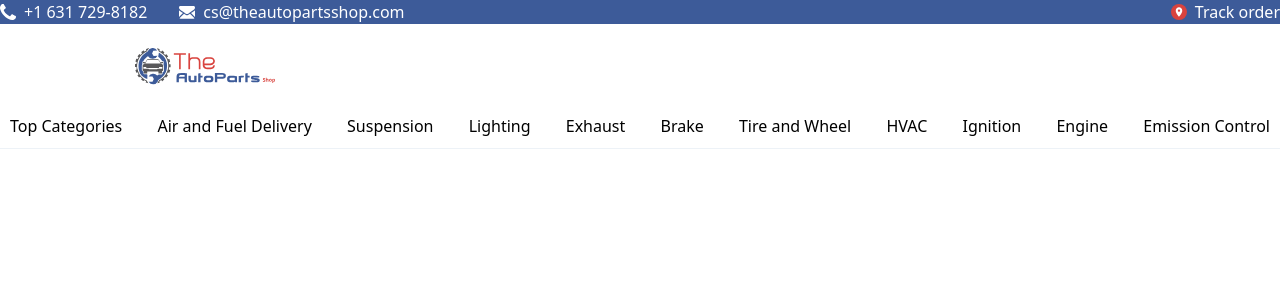
Repository: robindhimanspineor/TAPS-Next
Page: /
The author's editor kept a copy of each file at every save. The page is drawn from the files as they stood at one save, then again after the next save.
The browser window is 1280 px wide. The pictures show the whole page.
The project was rebuilt for these pictures with package versions that can differ from the ones it lists, and the page was loaded fresh each time. The framework's server and built-in components were replaced by stand-ins that run in the browser. Also part of the build but not shown: next.config.js.

Above is the page before, as saved 2021-09-16 17:00:24.

### src/pages/index.tsx
// import { useRouter } from 'next/router';

// import { Meta } from '../layout/Meta';
// import { Main } from '../templates/Main';
import Header from '../components/common/header';

const Index = () => {
  // const router = useRouter();

  return (
    // <Main
    //   meta={
    //     <Meta
    //       title="Next.js Boilerplate Presentation"
    //       description="Next js Boilerplate is the perfect starter code for your project. Build your React application with the Next.js framework."
    //     />
    //   }
    // >
    // </Main>
    <div>
      <main className="main-container block">
        <Header />
      </main>
    </div>
  );
};

export default Index;

### src/styles/main.css
@tailwind base;
a {
  @apply text-blue-700;
}

a:hover {
  @apply border-b-2 border-blue-700;
}

@tailwind components;
@tailwind utilities;
.content p {
  @apply my-6;
}

.content ul {
  @apply my-6;
}

a {
  text-decoration: none;
  color: black;
}

.main-header {
  display: flex;
  flex-direction: row;
  flex-wrap: nowrap;
  align-content: flex-start;
  align-items: center;
  height: 80px;
  max-width: 1580px;
  flex-grow: 1;
  width: 100%;
  padding: 0 125px 0 115px;
}

.logo {
  flex-basis: 260px;
  display: flex;
  align-items: center;
  justify-content: flex-start;
  padding-left: 20px;
}

.logo a {
  display: inline-block;
}

.logo a span {
  display: block;
  margin-top: 5px;
  width: 140px;
}

### src/components/common/header/index.tsx
import TopHeader from './top-header';
import MainHeader from './main-header';
import CategoriesHeader from './categories-header';

const Header = () => {
  return (
    <header className="flex flex-col items-center justify-center w-full static border-b z-50">
      <TopHeader />
      <MainHeader />
      <CategoriesHeader />
    </header>
  );
};

export default Header;

### src/components/common/header/top-header.tsx
import PhoneHandle from '../../../svg/PhoneHandleSvg.js';
import MailBoxSvg from '../../../svg/MailBoxSvg.js';
import TrackOrderSvg from '../../../svg/TrackOrderSvg.js';

import topHeaderStyles from '../../../styles/top-header.module.css';
const TopHeader = () => {
  return (
    <div className={`${topHeaderStyles.bgBlue} head-top `}>
      <div className="w-screen max-w-screen-xl flex justify-between">
        <div className="head-top-left flex text-white font-medium w-9/12">
          <div className="head-top-phone flex items-center text-white w-auto">
            <div
              className="text-white h-6 w-6 flex items-center pr-2"
              style={{ fill: '#fff' }}
            >
              <PhoneHandle />
            </div>
            <p>+1 631 729-8182</p>
          </div>
          <div className="heap-top-email flex items-center text-white w-auto ml-8">
            <div
              className="text-white h-6 w-6 flex items-center pr-2"
              style={{ fill: '#fff' }}
            >
              <MailBoxSvg />
            </div>
            <p>cs@theautopartsshop.com</p>
          </div>
        </div>
        <div className="head-top-right text-white font-medium">
          <div
            className="head-top-track-order flex items-center text-white w-auto cursor-pointer"
            onClick={() => console.log('track order')}
          >
            <div
              className="text-white h-6 w-6 flex items-center pr-2 "
              style={{ fill: '#fff' }}
            >
              <TrackOrderSvg />
            </div>
            <p>Track order</p>
          </div>
        </div>
      </div>
    </div>
  );
};
export default TopHeader;

### src/components/common/header/main-header.tsx
import Logo from './logo';

const MainHeader = () => {
  return (
    <div className="main-header">
      <Logo />
      <div className="searchbar"></div>
      <div className="cart-button"></div>
    </div>
  );
};

export default MainHeader;

### src/components/common/header/categories-header.tsx
import Link from 'next/link';
const CategoriesHeader = () => {
  return (
    <div className="header-categories w-screen max-w-screen-xl flex justify-between ">
      <Link href="/">
        <a className="m-2.5 text-black">Top Categories</a>
      </Link>
      <Link href="/air-and-fuel-delivery">
        <a className="m-2.5 text-black">Air and Fuel Delivery</a>
      </Link>
      <Link href="/suspension">
        <a className="m-2.5 text-black">Suspension</a>
      </Link>
      <Link href="/electrical-lighting-and-body">
        <a className="m-2.5 text-black">Lighting</a>
      </Link>
      <Link href="/exhaust">
        <a className="m-2.5 text-black">Exhaust</a>
      </Link>
      <Link href="/brake">
        <a className="m-2.5 text-black">Brake</a>
      </Link>
      <Link href="/tire-and-wheel">
        <a className="m-2.5 text-black">Tire and Wheel</a>
      </Link>
      <Link href="/hvac">
        <a className="m-2.5 text-black">HVAC</a>
      </Link>
      <Link href="/ignition">
        <a className="m-2.5 text-black">Ignition</a>
      </Link>
      <Link href="/engine">
        <a className="m-2.5 text-black">Engine</a>
      </Link>
      <Link href="/emission-control">
        <a className="m-2.5 text-black">Emission Control</a>
      </Link>
    </div>
  );
};

export default CategoriesHeader;

### src/svg/PhoneHandleSvg.js
import React from 'react';

const PhoneHandle = () => (
  <svg
    version="1.1"
    xmlns="http://www.w3.org/2000/svg"
    xmlnsXlink="http://www.w3.org/1999/xlink"
    x="0px"
    y="0px"
    width="401.998px"
    height="401.998px"
    viewBox="0 0 401.998 401.998"
    style={{ enableBackground: 'new 0 0 401.998 401.998' }}
    xmlSpace="preserve"
    aria-label="phone handle svg"
  >
    <g>
      <path
        d="M401.129,311.475c-1.137-3.426-8.371-8.473-21.697-15.129c-3.61-2.098-8.754-4.949-15.41-8.566
		c-6.662-3.617-12.709-6.95-18.13-9.996c-5.432-3.045-10.521-5.995-15.276-8.846c-0.76-0.571-3.139-2.234-7.136-5
		c-4.001-2.758-7.375-4.805-10.14-6.14c-2.759-1.327-5.473-1.995-8.138-1.995c-3.806,0-8.56,2.714-14.268,8.135
		c-5.708,5.428-10.944,11.324-15.7,17.706c-4.757,6.379-9.802,12.275-15.126,17.7c-5.332,5.427-9.713,8.138-13.135,8.138
		c-1.718,0-3.86-0.479-6.427-1.424c-2.566-0.951-4.518-1.766-5.858-2.423c-1.328-0.671-3.607-1.999-6.845-4.004
		c-3.244-1.999-5.048-3.094-5.428-3.285c-26.075-14.469-48.438-31.029-67.093-49.676c-18.649-18.658-35.211-41.019-49.676-67.097
		c-0.19-0.381-1.287-2.19-3.284-5.424c-2-3.237-3.333-5.518-3.999-6.854c-0.666-1.331-1.475-3.283-2.425-5.852
		s-1.427-4.709-1.427-6.424c0-3.424,2.713-7.804,8.138-13.134c5.424-5.327,11.326-10.373,17.7-15.128
		c6.379-4.755,12.275-9.991,17.701-15.699c5.424-5.711,8.136-10.467,8.136-14.273c0-2.663-0.666-5.378-1.997-8.137
		c-1.332-2.765-3.378-6.139-6.139-10.138c-2.762-3.997-4.427-6.374-4.999-7.139c-2.852-4.755-5.799-9.846-8.848-15.271
		c-3.049-5.424-6.377-11.47-9.995-18.131c-3.615-6.658-6.468-11.799-8.564-15.415C98.986,9.233,93.943,1.997,90.516,0.859
		C89.183,0.288,87.183,0,84.521,0c-5.142,0-11.85,0.95-20.129,2.856c-8.282,1.903-14.799,3.899-19.558,5.996
		c-9.517,3.995-19.604,15.605-30.264,34.826C4.863,61.566,0.01,79.271,0.01,96.78c0,5.135,0.333,10.131,0.999,14.989
		c0.666,4.853,1.856,10.326,3.571,16.418c1.712,6.09,3.093,10.614,4.137,13.56c1.045,2.948,2.996,8.229,5.852,15.845
		c2.852,7.614,4.567,12.275,5.138,13.988c6.661,18.654,14.56,35.307,23.695,49.964c15.03,24.362,35.541,49.539,61.521,75.521
		c25.981,25.98,51.153,46.49,75.517,61.526c14.655,9.134,31.314,17.032,49.965,23.698c1.714,0.568,6.375,2.279,13.986,5.141
		c7.614,2.854,12.897,4.805,15.845,5.852c2.949,1.048,7.474,2.43,13.559,4.145c6.098,1.715,11.566,2.905,16.419,3.576
		c4.856,0.657,9.853,0.996,14.989,0.996c17.508,0,35.214-4.856,53.105-14.562c19.219-10.656,30.826-20.745,34.823-30.269
		c2.102-4.754,4.093-11.273,5.996-19.555c1.909-8.278,2.857-14.985,2.857-20.126C401.99,314.814,401.703,312.819,401.129,311.475z"
      />
    </g>
    <g />
    <g />
    <g />
    <g />
    <g />
    <g />
    <g />
    <g />
    <g />
    <g />
    <g />
    <g />
    <g />
    <g />
    <g />
  </svg>
);

export default PhoneHandle;

### src/svg/MailBoxSvg.js
import React from 'react';

const MailBoxSvg = () => (
  <svg
    version="1.1"
    xmlns="http://www.w3.org/2000/svg"
    xmlnsXlink="http://www.w3.org/1999/xlink"
    x="0px"
    y="0px"
    width="550.795px"
    height="550.795px"
    viewBox="0 0 550.795 550.795"
    style={{ enableBackground: 'new 0 0 550.795 550.795' }}
    xmlSpace="preserve"
    aria-label="mail box"
  >
    <g>
      <g>
        <path
          d="M501.613,491.782c12.381,0,23.109-4.088,32.229-12.16L377.793,323.567c-3.744,2.681-7.373,5.288-10.801,7.767
			c-11.678,8.604-21.156,15.318-28.434,20.129c-7.277,4.822-16.959,9.737-29.045,14.755c-12.094,5.024-23.361,7.528-33.813,7.528
			h-0.306h-0.306c-10.453,0-21.72-2.503-33.813-7.528c-12.093-5.018-21.775-9.933-29.045-14.755
			c-7.277-4.811-16.75-11.524-28.434-20.129c-3.256-2.387-6.867-5.006-10.771-7.809L16.946,479.622
			c9.119,8.072,19.854,12.16,32.234,12.16H501.613z"
        />
        <path
          d="M31.047,225.299C19.37,217.514,9.015,208.598,0,198.555V435.98l137.541-137.541
			C110.025,279.229,74.572,254.877,31.047,225.299z"
        />
        <path
          d="M520.059,225.299c-41.865,28.336-77.447,52.73-106.75,73.195l137.486,137.492V198.555
			C541.98,208.396,531.736,217.306,520.059,225.299z"
        />
        <path
          d="M501.613,59.013H49.181c-15.784,0-27.919,5.33-36.42,15.979C4.253,85.646,0.006,98.97,0.006,114.949
			c0,12.907,5.636,26.892,16.903,41.959c11.267,15.061,23.256,26.891,35.961,35.496c6.965,4.921,27.969,19.523,63.012,43.801
			c18.917,13.109,35.368,24.535,49.505,34.395c12.05,8.396,22.442,15.667,31.022,21.701c0.985,0.691,2.534,1.799,4.59,3.269
			c2.215,1.591,5.018,3.61,8.476,6.107c6.659,4.816,12.191,8.709,16.597,11.683c4.4,2.975,9.731,6.298,15.985,9.988
			c6.249,3.685,12.143,6.456,17.675,8.299c5.533,1.842,10.655,2.766,15.367,2.766h0.306h0.306c4.711,0,9.834-0.924,15.368-2.766
			c5.531-1.843,11.42-4.608,17.674-8.299c6.248-3.69,11.572-7.02,15.986-9.988c4.406-2.974,9.938-6.866,16.598-11.683
			c3.451-2.497,6.254-4.517,8.469-6.102c2.057-1.476,3.605-2.577,4.596-3.274c6.684-4.651,17.1-11.892,31.104-21.616
			c25.482-17.705,63.01-43.764,112.742-78.281c14.957-10.447,27.453-23.054,37.496-37.803c10.025-14.749,15.051-30.22,15.051-46.408
			c0-13.525-4.873-25.098-14.598-34.737C526.461,63.829,514.932,59.013,501.613,59.013z"
        />
      </g>
    </g>
    <g />
    <g />
    <g />
    <g />
    <g />
    <g />
    <g />
    <g />
    <g />
    <g />
    <g />
    <g />
    <g />
    <g />
    <g />
  </svg>
);

export default MailBoxSvg;

### src/svg/TrackOrderSvg.js
import React from 'react';

const TrackOrderSvg = () => (
    <svg xmlns="http://www.w3.org/2000/svg"
        version="1.1"
        id="Layer_1"
        x="0px"
        y="0px"
        viewBox="0 0 28 28"
        style={{ enableBackground: "new 0 0 28 28" }}>

        <circle id="Ellipse_2" fill="#D9433E" cx="14" cy="14" r="14" />
        <path id="Icon_material-location-on" fill="#FFFFFF" d="M14,5.9c-3.1,0-5.7,2.5-5.7,5.7c0,0,0,0,0,0c0,4.3,5.7,10.5,5.7,10.5  s5.7-6.3,5.7-10.5C19.7,8.4,17.1,5.9,14,5.9C14,5.9,14,5.9,14,5.9z M14,13.6c-1.1,0-2-0.9-2-2c0-1.1,0.9-2,2-2c1.1,0,2,0.9,2,2l0,0  C16,12.7,15.1,13.6,14,13.6z" />
    </svg>
);

export default TrackOrderSvg;

### src/styles/top-header.module.css
.bgBlue {
  background-color: #3d5b99;
}

### src/components/common/header/logo.tsx
import React from 'react';
import Link from 'next/link';

const Logo = () => (
  <div className="logo">
    <Link href="/">
      <a>
        <span>
          <svg x="0px" y="0px" viewBox="0 0 1004.91 260.67">
            <title>theautopartsshop.com</title>
            <path
              fill="#ff0"
              d="M231.67,154.11"
              transform="translate(-48.51 -38.87)"
            />
            <path
              fill="#ff0"
              d="M259.25,150.17"
              transform="translate(-48.51 -38.87)"
            />
            <path
              fill="#d9433e"
              d="M327.3,76.1h86.6V87.9H376.66V191.22H364.95V87.9H327.3Z"
              transform="translate(-48.51 -38.87)"
            />
            <path
              fill="#d9433e"
              d="M431.62,76h12.2v33.85q8.8-5.33,15.59-5.33h31.1q10.58,0,20.92,10.66,6.87,7.35,6.87,23.59v52.43H506.5V137.58q0-16.07-12.12-20.12l-5.33-.73H461.67q-13.81,0-17.53,12.93l-.32,2.67v58.89h-12.2Z"
              transform="translate(-48.51 -38.87)"
            />
            <path
              fill="#d9433e"
              d="M564.53,104.46h28.19q20.2,0,28.2,21.65l.73,5.74v3.39q0,14.46-16.32,24.4A35.87,35.87,0,0,1,592,162.3H547.08V163q0,11.47,13.33,15.59l7.59.81h20.92q15.83,0,20.12-11.39a34.07,34.07,0,0,0,1.54-6.14h11.07q0,20.76-22.46,28.6l-6.46.73h-24.4q-24.16,0-31.91-19.39a43.41,43.41,0,0,1-1.53-10.66V134.11q0-19.63,19-27.79A26.84,26.84,0,0,1,564.53,104.46Zm-17.85,33.85v12.2h41.12q17,0,20.52-10.34a15.89,15.89,0,0,0,1.54-7.19q0-7-6.06-12.52-4.2-4.2-15.27-4.2H568.73q-12.52,0-16.72,4.93Q546.68,125.38,546.68,138.31Z"
              transform="translate(-48.51 -38.87)"
            />
            <path
              fill="#d9433e"
              d="M983.65,273.4a6.78,6.78,0,0,1-2.56,5.6,11.11,11.11,0,0,1-7.12,2,16.71,16.71,0,0,1-7.43-1.58V274.3A30.63,30.63,0,0,0,971,276a13.3,13.3,0,0,0,3.37.49,4.79,4.79,0,0,0,2.81-.7,2.4,2.4,0,0,0,1-2.08,2.3,2.3,0,0,0-.43-1.37,4.81,4.81,0,0,0-1.27-1.16,32.89,32.89,0,0,0-3.4-1.78,16.1,16.1,0,0,1-3.61-2.17,8.15,8.15,0,0,1-1.92-2.42,6.91,6.91,0,0,1-.72-3.23,6.78,6.78,0,0,1,2.36-5.47,9.8,9.8,0,0,1,6.53-2,15.4,15.4,0,0,1,3.9.48,26.89,26.89,0,0,1,3.89,1.36l-1.79,4.33a26.36,26.36,0,0,0-3.47-1.2,11.18,11.18,0,0,0-2.7-.34,3.57,3.57,0,0,0-2.42.74,2.42,2.42,0,0,0-.84,1.92,2.38,2.38,0,0,0,.34,1.28,3.74,3.74,0,0,0,1.09,1.06,33.55,33.55,0,0,0,3.53,1.84,14,14,0,0,1,5,3.53A6.89,6.89,0,0,1,983.65,273.4Z"
              transform="translate(-48.51 -38.87)"
            />
            <path
              fill="#d9433e"
              d="M1006.43,280.69H1001V269q0-4.34-3.23-4.34a3.67,3.67,0,0,0-3.32,1.56,9.53,9.53,0,0,0-1,5.06v9.44H987.9V252.75h5.48v5.69q0,.67-.13,3.12l-.12,1.62h.29a6.34,6.34,0,0,1,5.82-2.94,7.11,7.11,0,0,1,5.37,1.9,7.56,7.56,0,0,1,1.83,5.46Z"
              transform="translate(-48.51 -38.87)"
            />
            <path
              fill="#d9433e"
              d="M1030.23,270.62q0,4.9-2.58,7.67a9.37,9.37,0,0,1-7.2,2.76,10.07,10.07,0,0,1-5.1-1.27,8.41,8.41,0,0,1-3.39-3.64,12.21,12.21,0,0,1-1.19-5.53q0-4.92,2.57-7.65a9.43,9.43,0,0,1,7.22-2.73,10.13,10.13,0,0,1,5.1,1.26,8.39,8.39,0,0,1,3.39,3.61A12.1,12.1,0,0,1,1030.23,270.62Zm-13.88,0a8.42,8.42,0,0,0,1,4.51,3.5,3.5,0,0,0,3.19,1.53,3.44,3.44,0,0,0,3.15-1.52,8.54,8.54,0,0,0,1-4.51,8.29,8.29,0,0,0-1-4.47,4.12,4.12,0,0,0-6.34,0A8.28,8.28,0,0,0,1016.35,270.62Z"
              transform="translate(-48.51 -38.87)"
            />
            <path
              fill="#d9433e"
              d="M1045.7,281a6.65,6.65,0,0,1-5.55-2.57h-.29q.29,2.51.29,2.91v8.13h-5.48v-28.9h4.45l.77,2.6h.25a6.33,6.33,0,0,1,5.69-3,6.51,6.51,0,0,1,5.57,2.75q2,2.75,2,7.63a15.07,15.07,0,0,1-.94,5.58,7.83,7.83,0,0,1-2.68,3.61A6.88,6.88,0,0,1,1045.7,281Zm-1.62-16.43a3.46,3.46,0,0,0-3,1.25,7.16,7.16,0,0,0-1,4.12v.59a8.45,8.45,0,0,0,1,4.63,3.43,3.43,0,0,0,3,1.4q3.68,0,3.68-6.07a8.67,8.67,0,0,0-.91-4.44A3.09,3.09,0,0,0,1044.09,264.62Z"
              transform="translate(-48.51 -38.87)"
            />
            <path
              fill="#3d5b99"
              d="M363.38,284.2h-16.7V251.25a79.65,79.65,0,0,1,1.21-14.73A20.87,20.87,0,0,1,353,226q3.88-4.2,11.12-6.34t19.2-2.14a168.44,168.44,0,0,1,20.76,1.21q9.69,1.21,17.19,1.92V284.2H404.64V258.48H363.47Zm41.25-51.52q-4.82-.36-10.22-.58t-11.3-.22a39.21,39.21,0,0,0-9.46.94,14.28,14.28,0,0,0-5.8,2.77,10.42,10.42,0,0,0-3.08,4.38,21.9,21.9,0,0,0-1.21,5.76h41.07Z"
              transform="translate(-48.51 -38.87)"
            />
            <path
              fill="#3d5b99"
              d="M459.73,285.27a67,67,0,0,1-11.92-.94,19.65,19.65,0,0,1-8.57-3.57,16,16,0,0,1-5.18-7.28,34.9,34.9,0,0,1-1.74-12.05V238.57H449v22.86a14,14,0,0,0,.63,4.55,6.31,6.31,0,0,0,1.92,2.86,7.71,7.71,0,0,0,3.3,1.52,22.7,22.7,0,0,0,4.87.45q1.69,0,3.13,0t3-.18l3.39-.27q1.83-.13,4.42-.4V238.57h16.61v43.57q-3.39.45-6.79,1t-7.1,1q-3.71.45-7.77.76T459.73,285.27Z"
              transform="translate(-48.51 -38.87)"
            />
            <path
              fill="#3d5b99"
              d="M533.48,250.36H518.93V284.2h-16.7V222.59l16.7-4.29v19.29h14.55Z"
              transform="translate(-48.51 -38.87)"
            />
            <path
              fill="#3d5b99"
              d="M576.87,237.59a117.41,117.41,0,0,1,16.21.94,26.66,26.66,0,0,1,10.67,3.57,14.69,14.69,0,0,1,5.89,7.28,41.59,41.59,0,0,1,0,24.11,14.68,14.68,0,0,1-5.89,7.28,26.63,26.63,0,0,1-10.67,3.57,140.93,140.93,0,0,1-32.46,0A26.3,26.3,0,0,1,550,280.76a14.73,14.73,0,0,1-5.85-7.28,41.58,41.58,0,0,1,0-24.11A14.75,14.75,0,0,1,550,242.1a26.33,26.33,0,0,1,10.67-3.57A118.41,118.41,0,0,1,576.87,237.59Zm0,33.21q5.09,0,8.39-.31a14.21,14.21,0,0,0,5.18-1.29,5.5,5.5,0,0,0,2.63-2.81,13.24,13.24,0,0,0,.76-5,13.61,13.61,0,0,0-.76-5,5.48,5.48,0,0,0-2.63-2.86,14.27,14.27,0,0,0-5.18-1.29q-3.3-.31-8.39-.31t-8.39.31a14.7,14.7,0,0,0-5.22,1.29,5.24,5.24,0,0,0-2.63,2.86,14.34,14.34,0,0,0-.71,5,14,14,0,0,0,.71,5,5.26,5.26,0,0,0,2.63,2.81,14.64,14.64,0,0,0,5.22,1.29Q571.78,270.81,576.87,270.81Z"
              transform="translate(-48.51 -38.87)"
            />
            <path
              fill="#3d5b99"
              d="M672.05,218.21a57.24,57.24,0,0,1,13.71,1.38,23.44,23.44,0,0,1,8.79,4,14.2,14.2,0,0,1,4.69,6.34,24.65,24.65,0,0,1,1.38,8.57,28.61,28.61,0,0,1-1.29,9.11,13,13,0,0,1-4.51,6.29,22,22,0,0,1-8.75,3.66,67.6,67.6,0,0,1-14,1.21H638.66V284.2H622.05v-66h50Zm0,27.77a43.81,43.81,0,0,0,5.67-.31,11.57,11.57,0,0,0,3.88-1.12,5,5,0,0,0,2.23-2.28,8.72,8.72,0,0,0,.71-3.79,8.11,8.11,0,0,0-.8-3.88,5.48,5.48,0,0,0-2.37-2.28,11.43,11.43,0,0,0-3.93-1.07,48.49,48.49,0,0,0-5.4-.27H638.66v15Z"
              transform="translate(-48.51 -38.87)"
            />
            <path
              fill="#3d5b99"
              d="M744.11,237.59a113.36,113.36,0,0,1,12.5.71q6.43.72,11.88,1.52,6.25,1,12.41,2.14V284.2H768.84L766.79,282a54.66,54.66,0,0,1-9.6,2.32,80.48,80.48,0,0,1-13.08,1,118.41,118.41,0,0,1-16.25-.94,26.68,26.68,0,0,1-10.71-3.57,14.66,14.66,0,0,1-5.89-7.28,41.57,41.57,0,0,1,0-24.11,14.67,14.67,0,0,1,5.89-7.28,26.71,26.71,0,0,1,10.71-3.57A118.41,118.41,0,0,1,744.11,237.59Zm0,33.21q1.69,0,4.15-.09t5.18-.22l5.54-.27q2.81-.13,5.31-.31V252.86q-2.5-.09-5.31-.27t-5.54-.31q-2.72-.13-5.18-.22t-4.15-.09q-5.09,0-8.39.31a14.7,14.7,0,0,0-5.22,1.29,5.24,5.24,0,0,0-2.63,2.86,14.33,14.33,0,0,0-.71,5,13.94,13.94,0,0,0,.71,5,5.26,5.26,0,0,0,2.63,2.81,14.64,14.64,0,0,0,5.22,1.29Q739,270.81,744.11,270.81Z"
              transform="translate(-48.51 -38.87)"
            />
            <path
              fill="#3d5b99"
              d="M801.17,239.33q4.46-.58,9.2-1t9.64-.58q4.91-.18,9.64-.18v12q-5.09.27-8.79.71t-6.29.89q-2.95.54-5.09,1.07v32H792.86V240.72Q796.7,239.91,801.17,239.33Z"
              transform="translate(-48.51 -38.87)"
            />
            <path
              fill="#3d5b99"
              d="M871.52,250.36H857V284.2h-16.7V222.59L857,218.3v19.29h14.55Z"
              transform="translate(-48.51 -38.87)"
            />
            <path
              fill="#3d5b99"
              d="M943.67,270.9a12.91,12.91,0,0,1-1.74,6.92,11.93,11.93,0,0,1-5.8,4.51,38.31,38.31,0,0,1-10.71,2.37,144.32,144.32,0,0,1-16.56.49q-3.75-.09-7.68-.4t-7.41-.76q-3.48-.45-6.29-.89l-4.42-.71V271.88q5.44.27,10.45.45,4.28.18,8.66.31t7,.13q5.44.18,8.79.13a40.62,40.62,0,0,0,5.13-.31,5.15,5.15,0,0,0,2.37-.76,1.9,1.9,0,0,0,.67-1.29,1.21,1.21,0,0,0-.36-1.12,3.88,3.88,0,0,0-1.7-.67,28.45,28.45,0,0,0-3.44-.45l-5.58-.45q-10.72-.8-17.41-2a40.1,40.1,0,0,1-10.45-3,10.28,10.28,0,0,1-5-4.51,14.65,14.65,0,0,1-1.29-6.43,12.16,12.16,0,0,1,1.74-6.61,12.55,12.55,0,0,1,5.8-4.55,37.81,37.81,0,0,1,10.71-2.54,129.93,129.93,0,0,1,16.56-.58q4.37.09,8.75.54t7.86,1q4.11.63,7.77,1.34v10.89q-2.32-.27-5.67-.49t-6.83-.4q-3.48-.18-6.7-.31l-5.45-.22q-5.54-.09-8.84,0a46.56,46.56,0,0,0-5.13.36,5.23,5.23,0,0,0-2.41.76,1.52,1.52,0,0,0-.58,1.21,1.45,1.45,0,0,0,.36,1.07,3.35,3.35,0,0,0,1.52.63,24.73,24.73,0,0,0,3.35.45l5.85.45q10.8.8,17.5,2a40.41,40.41,0,0,1,10.4,3,10.31,10.31,0,0,1,5,4.51A14.66,14.66,0,0,1,943.67,270.9Z"
              transform="translate(-48.51 -38.87)"
            />
            <path
              fill="#58585a"
              d="M246.48,147.78a4.09,4.09,0,0,0,4.09-4.09v-2.74a2.07,2.07,0,0,0-2.3-2.06l-18,2-2.48-3.84-10-15.38a7.11,7.11,0,0,0-6-3.25H140.45a6.18,6.18,0,0,0-5.33,3L126,137l-2.35,4-16.24-1.91a3.32,3.32,0,0,0-3.71,3.3v1.77a3.65,3.65,0,0,0,3.65,3.65h12.29l-2.76,4.69-6,3.33-6,3.33a3.32,3.32,0,0,0-1.7,2.9v37.46a2.66,2.66,0,0,0,2.14,2.61l1.74,1,1.74,1a3,3,0,0,1,2.4,2.91l0,5.4,0,8a2.1,2.1,0,0,0,2.36,2.07l1.59-.19,1.59-.19h17.6a1.83,1.83,0,0,0,1.83-1.83V206.72h80.39v13.5a1.92,1.92,0,0,0,1.92,1.92h22a1.91,1.91,0,0,0,1.91-1.91V207.06a3.22,3.22,0,0,1,1.37-2.64l2-1,2-1a3.32,3.32,0,0,0,1.83-1,2.86,2.86,0,0,0,.77-1.9V161.24a3.28,3.28,0,0,0-1.74-2.9l-5.53-2.94-5.53-2.94-4.12-6.37,1.39,1.68ZM137.42,123h77.66l18.27,27.41H121.43Zm104.14,52.61a3.58,3.58,0,0,1,3.58,3.58v5.37a3.24,3.24,0,0,1-3.24,3.24h-30a3.59,3.59,0,0,0-3,1.69l-.3.48-.3.48a3.41,3.41,0,0,1-2.89,1.6H150.66a3.15,3.15,0,0,1-2.67-1.48l-.32-.51-.32-.51a3.75,3.75,0,0,0-3.18-1.76H111.57a3.37,3.37,0,0,1-3.37-3.37v-5.52a3.3,3.3,0,0,1,3.3-3.3h15a3.45,3.45,0,0,1,3.41,2.89l.22,1,.22,1a2.37,2.37,0,0,0,2.32,1.86h85.46a2.53,2.53,0,0,0,2.52-2.52v-.31a3.94,3.94,0,0,1,3.94-3.94h17Z"
              transform="translate(-48.51 -38.87)"
            />
            <path
              fill="#58585a"
              d="M147.65,44.92V39.66l-18.16,5.68a2.82,2.82,0,0,0-1.8,3.68l2.89,7.71-14.44,7.88-5.7-8a1.51,1.51,0,0,0-2.09-.36L93.76,67.68a1.51,1.51,0,0,0-.37,2.12l5.67,6.63L87.25,88.25l-6.61-5.78a1.51,1.51,0,0,0-2.07.46L67,97.63a1.51,1.51,0,0,0,.3,2l6.85,5.71-6.57,13.13-9-2.26a1.51,1.51,0,0,0-1.83,1.1l-4.53,18.13a1.51,1.51,0,0,0,1.05,1.82L61,139.46l-2,15.1H50a1.51,1.51,0,0,0-1.51,1.51v18A1.51,1.51,0,0,0,50,175.57h9l1.31,17.07L52.42,196a1.51,1.51,0,0,0-.84,1.87l5.67,17a1.51,1.51,0,0,0,1.85,1l7.8-2.23,7.88,14.44-7.93,5.67a1.51,1.51,0,0,0-.33,2.13l10,13.38a1.51,1.51,0,0,0,2,.35l8-4.46L98.41,257l-5.55,6.66a1.51,1.51,0,0,0,.25,2.17L106.65,276a1.51,1.51,0,0,0,1.87,0l7-5.8,13.13,6.57-3.29,7.68a1.51,1.51,0,0,0,.91,2l18.14,6-11.82-21s-52.52-15.76-67-85.35c0,0-17.07-84,69.59-124.74C135.18,61.33,139.12,50.83,147.65,44.92Z"
              transform="translate(-48.51 -38.87)"
            />
            <path
              fill="#3d5b99"
              d="M182.26,96.67,171.12,78.25l8.44-20,28.33-2.17A38.73,38.73,0,0,0,140,62.58l0,1.65c-17.78,9.3-53.1,34.1-63,75.89,0,0-10.77,44,7.45,79.68,0,0,12,27.32,52.1,42l.88-29.77-1.25-2.58a6.82,6.82,0,0,0-4.09-1.36H116.16a7.85,7.85,0,0,1-5.55-2.3,2.62,2.62,0,0,1-.77-1.85V212.75a5.15,5.15,0,0,0-1.51-3.65l-9.23-7.91a5.2,5.2,0,0,1-1.52-3.68v-33a12.31,12.31,0,0,1,1.3-5.51l1.1-2.21a6.26,6.26,0,0,0,.66-2.8l.31-13.75s1.81-5,4-5h2.11c1.87,0,4.62-8.24,5.66-9.8,3.1-4.63,18.15-19,30.25-28.8l.32,2.38a38.73,38.73,0,0,0,67.23-4.46Z"
              transform="translate(-48.51 -38.87)"
            />
            <path
              fill="#3d5b99"
              d="M277.2,145.8c-11.37-54.92-57.36-72.24-57.36-72.24L215,101.14c12.35,7.41,24.69,24.76,29,31.23a5.6,5.6,0,0,0,4.66,2.49h2.11c2.23,0,4,.5,4,2.73l-1.31,22.06a6.26,6.26,0,0,0,.66,2.8l1.1,2.21a12.31,12.31,0,0,1,1.3,5.51v33a5.2,5.2,0,0,1-1.52,3.68l-7.91,6.6a5.16,5.16,0,0,0-1.51,3.65v6a2.62,2.62,0,0,1-.77,1.85c-1.47,1.47-3.47,3.61-5.55,3.61H223.43a6.82,6.82,0,0,0-4.09,1.36L208,236.67a37.94,37.94,0,0,0-61.74,6l27.82-.07,9.65,18.9-9.56,18.9-27.82.07a38,38,0,0,0,66.1-.4l.5-7.91,2.73-3.69c37.06-22.67,47.55-45.64,47.55-45.64C284.21,197.23,277.2,145.8,277.2,145.8Z"
              transform="translate(-48.51 -38.87)"
            />
            <path
              fill="#58585a"
              d="M207.4,46.23V41l15.54,5.68a2.82,2.82,0,0,1,1.8,3.68L224.47,58l11.82,7.88,5.7-8a1.51,1.51,0,0,1,2.09-.36L258.66,69a1.51,1.51,0,0,1,.37,2.12l-5.67,6.63,11.82,11.82,6.61-5.78a1.51,1.51,0,0,1,2.07.46l11.6,14.69a1.51,1.51,0,0,1-.3,2l-8.17,4.4,7.88,14.44,9-2.26a1.51,1.51,0,0,1,1.83,1.1l4.53,18.13a1.51,1.51,0,0,1-1.05,1.82l-6.47,2.22.66,15.1h9a1.51,1.51,0,0,1,1.51,1.51v18a1.51,1.51,0,0,1-1.51,1.51h-9L290.78,194,300,196a1.51,1.51,0,0,1,.84,1.87l-5.67,18.32a1.51,1.51,0,0,1-1.85,1L284.21,215l-7.88,13.13,7.93,5.67a1.51,1.51,0,0,1,.33,2.13l-11.35,14.69a1.51,1.51,0,0,1-2,.35l-6.69-4.46L252.7,258.29l5.55,5.34a1.51,1.51,0,0,1-.25,2.17l-13.53,11.46a1.51,1.51,0,0,1-1.87,0l-5.65-8.43-13.13,7.88.67,9a1.51,1.51,0,0,1-.91,2l-15.51,4.73,13.13-22.32S269.11,257,285.52,188.7c0,0,21-84-65.65-124.74C219.87,64,215.93,52.14,207.4,46.23Z"
              transform="translate(-48.51 -38.87)"
            />
          </svg>
        </span>
      </a>
    </Link>
  </div>
);

export default Logo;

Loaded but not shown: src/pages/_app.tsx (common file); src/pages/_document.tsx (common file); src/utils/AppConfig.ts (common file); tailwind.config.js (common file)

After the next save:
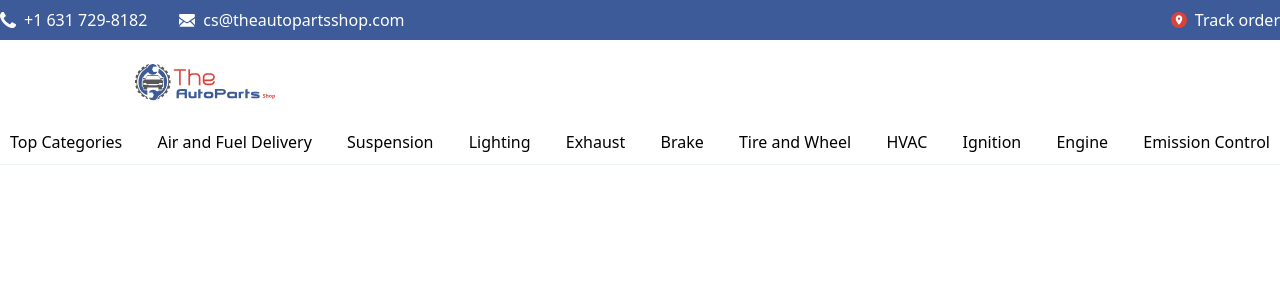
Saved 29 s later.
--- a/src/components/common/header/top-header.tsx
+++ b/src/components/common/header/top-header.tsx
@@ -5,7 +5,9 @@ import TrackOrderSvg from '../../../svg/TrackOrderSvg.js';
 import topHeaderStyles from '../../../styles/top-header.module.css';
 const TopHeader = () => {
   return (
-    <div className={`${topHeaderStyles.bgBlue} head-top `}>
+    <div
+      className={`${topHeaderStyles.bgBlue} head-top  py-2  w-full text-base`}
+    >
       <div className="w-screen max-w-screen-xl flex justify-between">
         <div className="head-top-left flex text-white font-medium w-9/12">
           <div className="head-top-phone flex items-center text-white w-auto">
